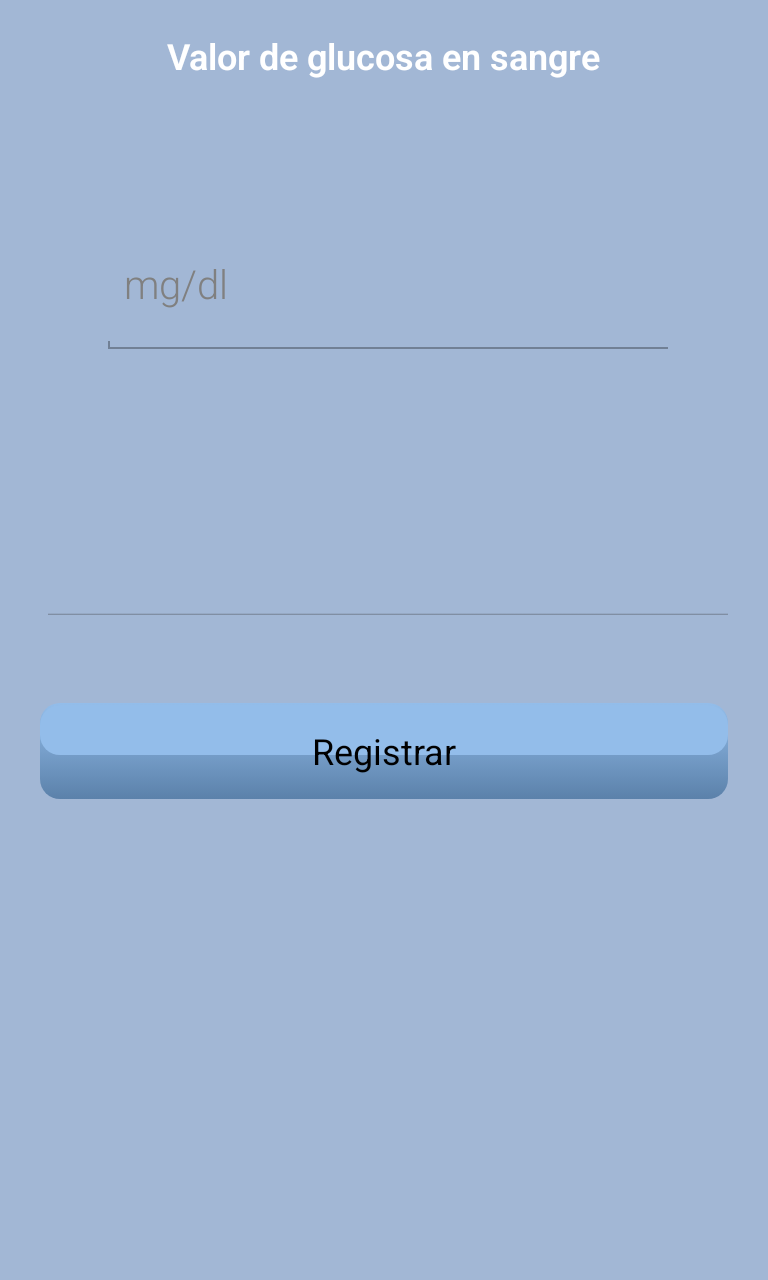
Repository: HectorGarciaMiguel/ssii-diabetes-060036
Layout: SeguimientoDiabetes/res/layout/activity_insertar_medicion.xml
The author's editor kept a copy of each file at every save. The layout is drawn from the files as they stood at one save, then again after the next save.
It is drawn on a 768 x 1280 px phone screen (xhdpi) without system bars, with theme AppTheme; the app's code is not run.

Above is the layout before, as saved 2015-11-16 18:07:49.

### SeguimientoDiabetes/res/layout/activity_insertar_medicion.xml
<TableLayout xmlns:android="http://schemas.android.com/apk/res/android"
    xmlns:tools="http://schemas.android.com/tools"
    android:id="@+id/TableLayout1"
    android:layout_width="fill_parent"
    android:layout_height="fill_parent"
    android:layout_gravity="top|center"
    android:stretchColumns="*"
    tools:context=".MainActivity" >

    <TableRow
        android:id="@+id/tableRow1"
        android:layout_width="0px"
        android:layout_height="0px"
        android:layout_weight="1" >

        <TextView
            android:id="@+id/textView1"
            android:layout_width="wrap_content"
            android:layout_height="wrap_content"
            android:layout_gravity="center_vertical|center_horizontal"
            android:text="Valor de glucosa en sangre"
            android:textStyle="bold" />

    </TableRow>

    <TableRow
        android:id="@+id/tableRow2"
        android:layout_width="0px"
        android:layout_height="0px"
        android:layout_weight="1"
        android:layout_margin="50dp">

        <EditText
            android:id="@+id/editText1"
            android:layout_width="fill_parent"
            android:layout_height="fill_parent"
            android:enabled="true"
            android:hint="mg/dl"
            android:inputType="number" >

        </EditText>

    </TableRow>

    <TableRow
        android:layout_width="0px"
        android:layout_height="0px"
        android:layout_weight="1"
        android:padding="20dp">

        <Spinner android:id="@+id/CmbOpciones"
   	 	android:layout_width="match_parent"
    	android:layout_height="match_parent"/>


    </TableRow>


    <TableRow
        android:layout_width="0px"
        android:layout_height="0px"
        android:layout_weight="7"
        android:padding="20dp">

        <Button
            android:id="@+id/button1"
        	android:background="@drawable/mibotonazul"
            android:layout_weight="1"
            android:onClick="pasarRecomendacionActivity"
            android:text="Registrar" />

    </TableRow>




</TableLayout>

### SeguimientoDiabetes/res/drawable/mibotonazul.xml
<?xml version="1.0" encoding="utf-8"?>
<selector xmlns:android="http://schemas.android.com/apk/res/android" >

 <item android:state_pressed="true">
     <layer-list >
       <item >
           <shape android:shape="rectangle">
            <gradient
  				  android:startColor="#29527C"
                  android:endColor="#112A44"
                  android:angle="-90"
                  android:type="linear"
                  />
            <corners android:radius="10dp" />
            </shape>
            </item>
            <item android:top="1dp" android:bottom="22dp" >
 	 <shape android:shape="rectangle">
  				<solid android:color="#29527C"/>
              <corners android:radius="10dp" />

            </shape>
      </item>
      </layer-list>
  </item>




<item android:state_focused="true">
     <layer-list >
       <item >
           <shape android:shape="rectangle">
            <gradient
  				  android:startColor="#29527C"
                  android:endColor="#112A44"
                  android:angle="-90"
                  android:type="linear"
                  />
            <corners android:radius="10dp" />
            </shape>
            </item>
            <item android:top="1dp" android:bottom="50px" >
  <shape android:shape="rectangle">
  <solid android:color="#29527C"/>
              <corners android:radius="10dp" />

            </shape>
      </item>
      </layer-list>
  </item>







 <item>
     <layer-list >
       <item >
           <shape android:shape="rectangle">
            <gradient
  				  android:startColor="#93BDEA"
                  android:endColor="#5B81AA"
                  android:angle="-90"
                  android:type="linear"
                  />
			<corners android:radius="10dp" />
			</shape>
        </item>
        <item android:top="1dp" android:bottom="22dp" >
  			<shape android:shape="rectangle">
  			<solid android:color="#93BDEA"/>
       			<corners android:radius="10dp" />
           </shape>
      </item>
      </layer-list>
  </item>
</selector>

Loaded but not shown: SeguimientoDiabetes/res/values/styles.xml (common file); SeguimientoDiabetes/res/values-v11/styles.xml (common file); SeguimientoDiabetes/res/values-v14/styles.xml (common file)

After the next save:
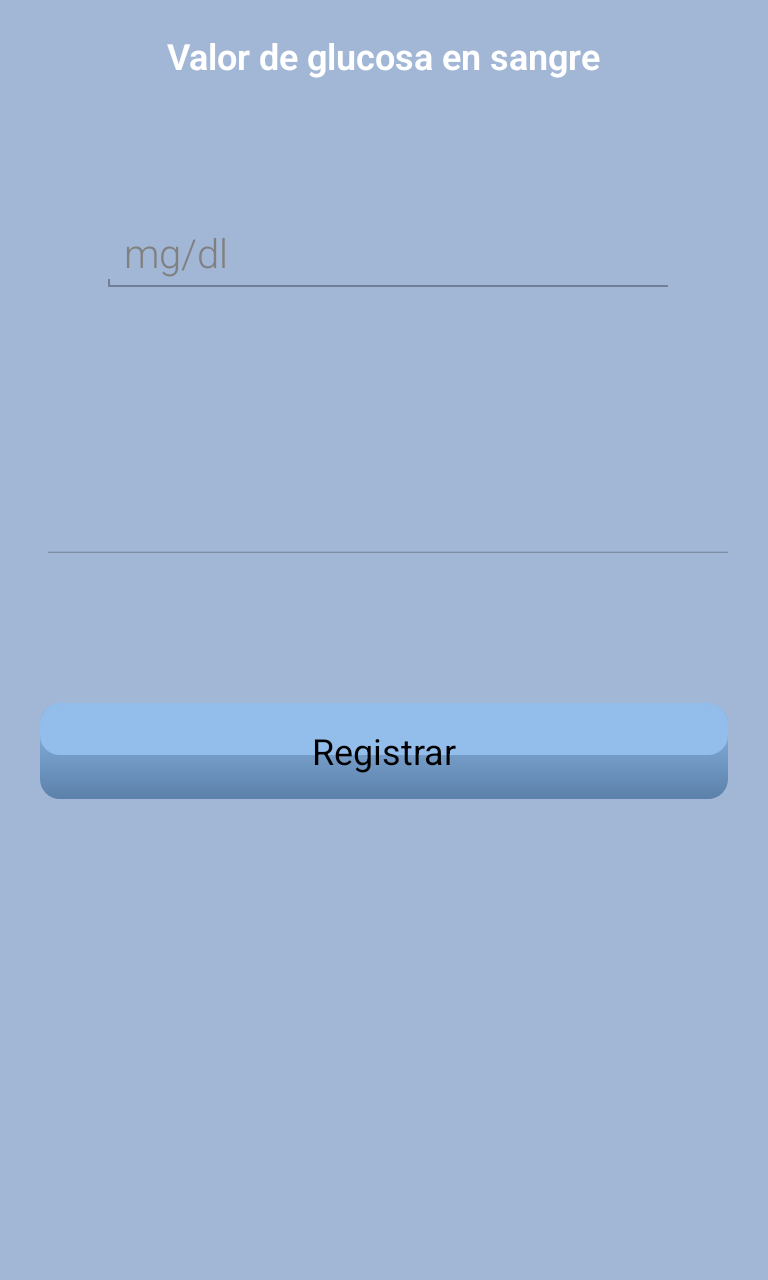
Saved 70 s later.
--- a/SeguimientoDiabetes/res/layout/activity_insertar_medicion.xml
+++ b/SeguimientoDiabetes/res/layout/activity_insertar_medicion.xml
@@ -32,8 +32,8 @@
 
         <EditText
             android:id="@+id/editText1"
-            android:layout_width="fill_parent"
-            android:layout_height="fill_parent"
+            android:layout_width="wrap_content"
+            android:layout_height="wrap_content"
             android:enabled="true"
             android:hint="mg/dl"
             android:inputType="number" >
@@ -49,8 +49,8 @@
         android:padding="20dp">
 
         <Spinner android:id="@+id/CmbOpciones"
-   	 	android:layout_width="match_parent"
-    	android:layout_height="match_parent"/>
+   	 	android:layout_width="wrap_content"
+    	android:layout_height="wrap_content"/>
 
 
     </TableRow>
